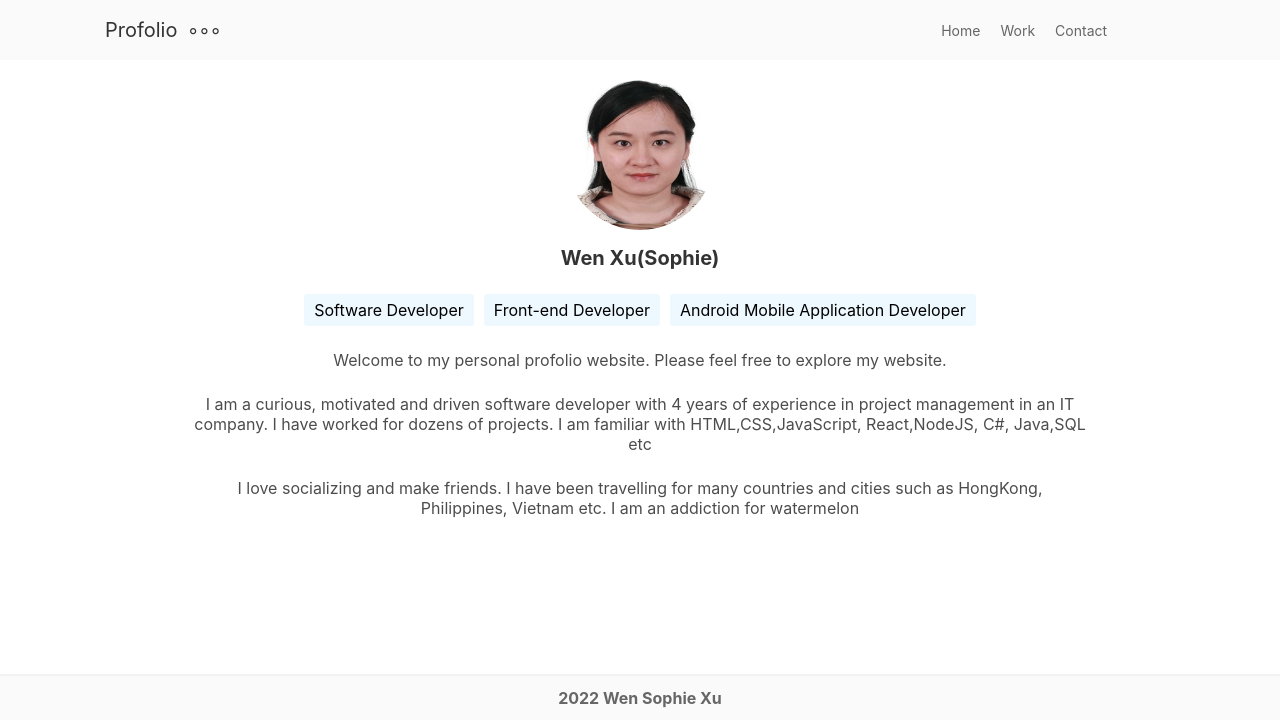
Repository: wenxi0504/myResume_app
Page: /
These files come from the project's save history. The page is drawn as it stood at one moment and after the next save; the edit follows.
The browser window is 1280 px wide. The pictures show the whole page.
The project was rebuilt for these pictures with package versions that can differ from the ones it lists, and the page was loaded fresh each time. Also part of the build but not shown: src/pages/WorkPage/index.js, src/pages/WorkPageDetail/index.js, src/pages/Contact/index.js.

Above is the page before, as saved 2022-01-03 15:46:44.

After the next save:
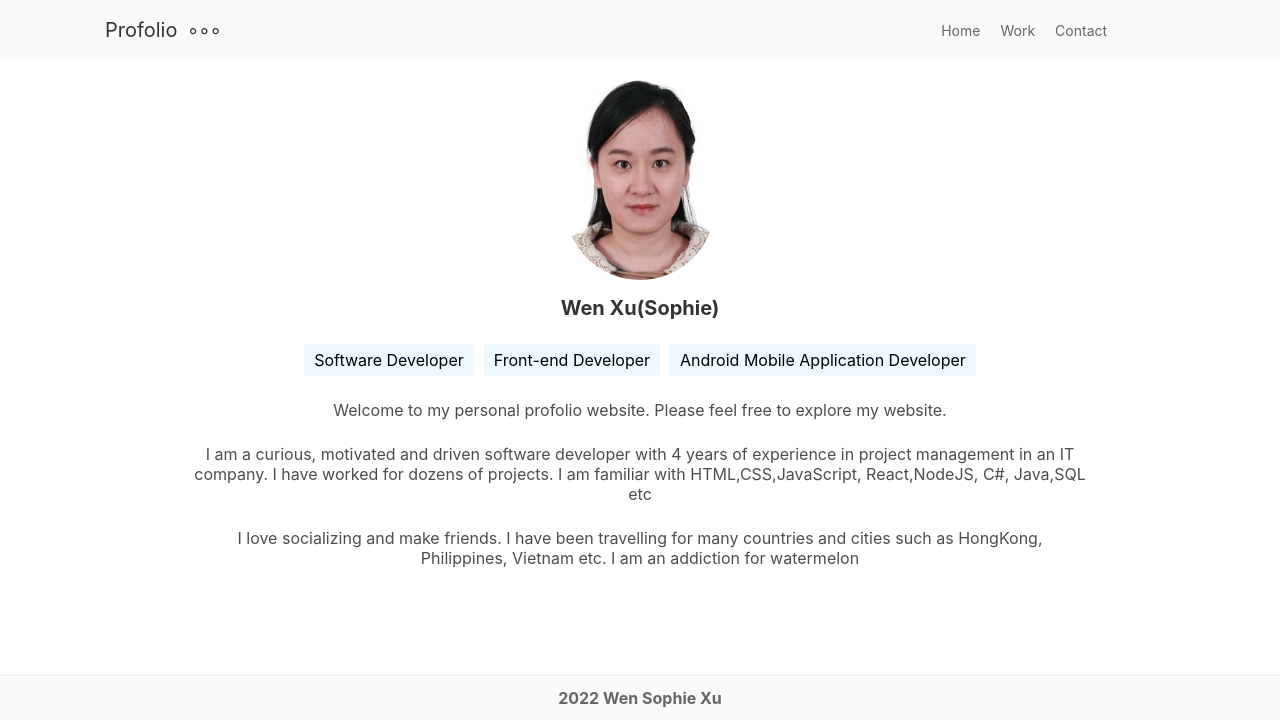
Saved 70 s later.
--- a/src/pages/HomePage/home.module.scss
+++ b/src/pages/HomePage/home.module.scss
@@ -11,7 +11,7 @@
            }
            img{
               width: 150px;
-              height: 150px;
+              height: 200px;
               border-radius: 120px;
               margin-top: 20px;
            }
